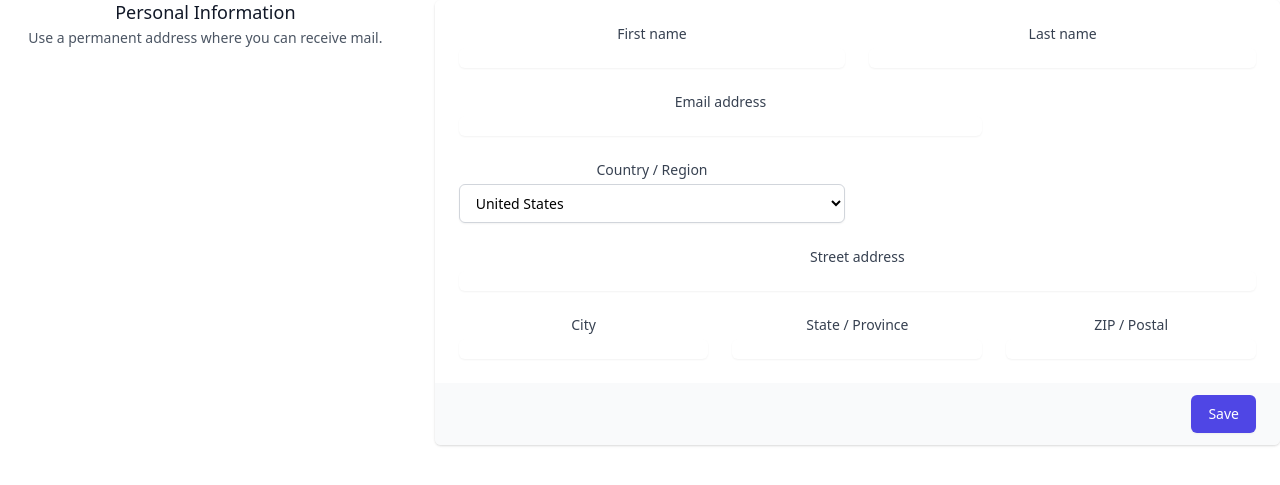
Repository: maikeru-desu/parking-lot
Page: /add (app in parking-lot-fe/)
The author's editor kept a copy of each file at every save. The page is drawn from the files as they stood at one save, then again after the next save.
The browser window is 1280 px wide. The pictures show the whole page.
The project was rebuilt for these pictures with package versions that can differ from the ones it lists, and the page was loaded fresh each time. Also part of the build but not shown: parking-lot-fe/craco.config.js, parking-lot-fe/src/redux/actions.js, parking-lot-fe/src/pages/Home.js.

Above is the page before, as saved 2021-10-14 02:56:09.

### parking-lot-fe/src/index.js
import React from 'react';
import ReactDOM from 'react-dom';
import './index.css';
import App from './App';
import {Provider} from "react-redux";
import {BrowserRouter} from "react-router-dom";
import reportWebVitals from './reportWebVitals';
import store from './redux/store';

ReactDOM.render(
    <React.StrictMode>
        <BrowserRouter>
            <Provider store={store}>
                <App />
            </Provider>
        </BrowserRouter>
    </React.StrictMode>,
    document.getElementById('root')
);

// If you want to start measuring performance in your app, pass a function
// to log results (for example: reportWebVitals(console.log))
// or send to an analytics endpoint. Learn more: https://bit.ly/CRA-vitals
reportWebVitals();

### parking-lot-fe/src/App.js
import logo from './logo.svg';
import './App.css';
import {Switch, Route} from "react-router-dom";
import Home from './pages/Home';
import Add from './pages/Add';

function App() {
  return (
    <div className="App">
        <Switch>
            <Route exact path="/" component={Home} />
            <Route exact path="/add" component={Add} />
        </Switch>
    </div>
  );
}

export default App;

### parking-lot-fe/src/redux/store.js
import {createStore, applyMiddleware} from "redux";
import logger from "redux-logger";
import reduxThunk from "redux-thunk";
import rootReducer from "./root-reducer";

const middlewares = [reduxThunk];

if (process.env.NODE_ENV === "development") {
    middlewares.push(logger)
}

const store = createStore(rootReducer, applyMiddleware(...middlewares));

export default store;

### parking-lot-fe/src/pages/Add.js
import React from 'react'

const Add = () => {
    return (
        <div>
            <div className="mt-10 sm:mt-0">
                <div className="md:grid md:grid-cols-3 md:gap-6">
                    <div className="md:col-span-1">
                        <div className="px-4 sm:px-0">
                            <h3 className="text-lg font-medium leading-6 text-gray-900">Personal Information</h3>
                            <p className="mt-1 text-sm text-gray-600">Use a permanent address where you can receive mail.</p>
                        </div>
                    </div>
                    <div className="mt-5 md:mt-0 md:col-span-2">
                        <form action="#" method="POST">
                            <div className="shadow overflow-hidden sm:rounded-md">
                                <div className="px-4 py-5 bg-white sm:p-6">
                                    <div className="grid grid-cols-6 gap-6">
                                        <div className="col-span-6 sm:col-span-3">
                                            <label htmlFor="first-name" className="block text-sm font-medium text-gray-700">
                                                First name
                                            </label>
                                            <input
                                                type="text"
                                                name="first-name"
                                                id="first-name"
                                                autoComplete="given-name"
                                                className="mt-1 focus:ring-indigo-500 focus:border-indigo-500 block w-full shadow-sm sm:text-sm border-gray-300 rounded-md"
                                            />
                                        </div>

                                        <div className="col-span-6 sm:col-span-3">
                                            <label htmlFor="last-name" className="block text-sm font-medium text-gray-700">
                                                Last name
                                            </label>
                                            <input
                                                type="text"
                                                name="last-name"
                                                id="last-name"
                                                autoComplete="family-name"
                                                className="mt-1 focus:ring-indigo-500 focus:border-indigo-500 block w-full shadow-sm sm:text-sm border-gray-300 rounded-md"
                                            />
                                        </div>

                                        <div className="col-span-6 sm:col-span-4">
                                            <label htmlFor="email-address" className="block text-sm font-medium text-gray-700">
                                                Email address
                                            </label>
                                            <input
                                                type="text"
                                                name="email-address"
                                                id="email-address"
                                                autoComplete="email"
                                                className="mt-1 focus:ring-indigo-500 focus:border-indigo-500 block w-full shadow-sm sm:text-sm border-gray-300 rounded-md"
                                            />
                                        </div>

                                        <div className="col-span-6 sm:col-span-3">
                                            <label htmlFor="country" className="block text-sm font-medium text-gray-700">
                                                Country / Region
                                            </label>
                                            <select
                                                id="country"
                                                name="country"
                                                autoComplete="country"
                                                className="mt-1 block w-full py-2 px-3 border border-gray-300 bg-white rounded-md shadow-sm focus:outline-none focus:ring-indigo-500 focus:border-indigo-500 sm:text-sm"
                                            >
                                                <option>United States</option>
                                                <option>Canada</option>
                                                <option>Mexico</option>
                                            </select>
                                        </div>

                                        <div className="col-span-6">
                                            <label htmlFor="street-address" className="block text-sm font-medium text-gray-700">
                                                Street address
                                            </label>
                                            <input
                                                type="text"
                                                name="street-address"
                                                id="street-address"
                                                autoComplete="street-address"
                                                className="mt-1 focus:ring-indigo-500 focus:border-indigo-500 block w-full shadow-sm sm:text-sm border-gray-300 rounded-md"
                                            />
                                        </div>

                                        <div className="col-span-6 sm:col-span-6 lg:col-span-2">
                                            <label htmlFor="city" className="block text-sm font-medium text-gray-700">
                                                City
                                            </label>
                                            <input
                                                type="text"
                                                name="city"
                                                id="city"
                                                className="mt-1 focus:ring-indigo-500 focus:border-indigo-500 block w-full shadow-sm sm:text-sm border-gray-300 rounded-md"
                                            />
                                        </div>

                                        <div className="col-span-6 sm:col-span-3 lg:col-span-2">
                                            <label htmlFor="state" className="block text-sm font-medium text-gray-700">
                                                State / Province
                                            </label>
                                            <input
                                                type="text"
                                                name="state"
                                                id="state"
                                                className="mt-1 focus:ring-indigo-500 focus:border-indigo-500 block w-full shadow-sm sm:text-sm border-gray-300 rounded-md"
                                            />
                                        </div>

                                        <div className="col-span-6 sm:col-span-3 lg:col-span-2">
                                            <label htmlFor="postal-code" className="block text-sm font-medium text-gray-700">
                                                ZIP / Postal
                                            </label>
                                            <input
                                                type="text"
                                                name="postal-code"
                                                id="postal-code"
                                                autoComplete="postal-code"
                                                className="mt-1 focus:ring-indigo-500 focus:border-indigo-500 block w-full shadow-sm sm:text-sm border-gray-300 rounded-md"
                                            />
                                        </div>
                                    </div>
                                </div>
                                <div className="px-4 py-3 bg-gray-50 text-right sm:px-6">
                                    <button
                                        type="submit"
                                        className="inline-flex justify-center py-2 px-4 border border-transparent shadow-sm text-sm font-medium rounded-md text-white bg-indigo-600 hover:bg-indigo-700 focus:outline-none focus:ring-2 focus:ring-offset-2 focus:ring-indigo-500"
                                    >
                                        Save
                                    </button>
                                </div>
                            </div>
                        </form>
                    </div>
                </div>
            </div>
        </div>
    )
}

export default Add

### parking-lot-fe/src/redux/root-reducer.js
import {combineReducers} from "redux";
import eventsReducers from "./reducer";

const rootReducer = combineReducers({
    events: eventsReducers
});

export default rootReducer;

### parking-lot-fe/src/redux/reducer.js
import * as types from "./actionType";

const initialState = {
    events: [],
    event: {},
    loading: true
}

const eventsReducers = (state = initialState, action) => {
    switch (action.type) {
        case types.GET_EVENTS:
            return {
                ...state,
                events: action.payload,
                loading: false,
            };
        case types.DELETE_EVENT:
            return {
                ...state,
                loading: false,
            }
        default:
            return state;
    }
}

export default eventsReducers;

### parking-lot-fe/src/redux/actionType.js
export const GET_EVENTS = "GET_EVENTS";
export const DELETE_EVENT = "DELETE_EVENT";

Loaded but not shown: parking-lot-fe/src/index.css (common file); parking-lot-fe/src/reportWebVitals.js (common file); parking-lot-fe/src/App.css (common file); parking-lot-fe/tailwind.config.js (common file)

After the next save:
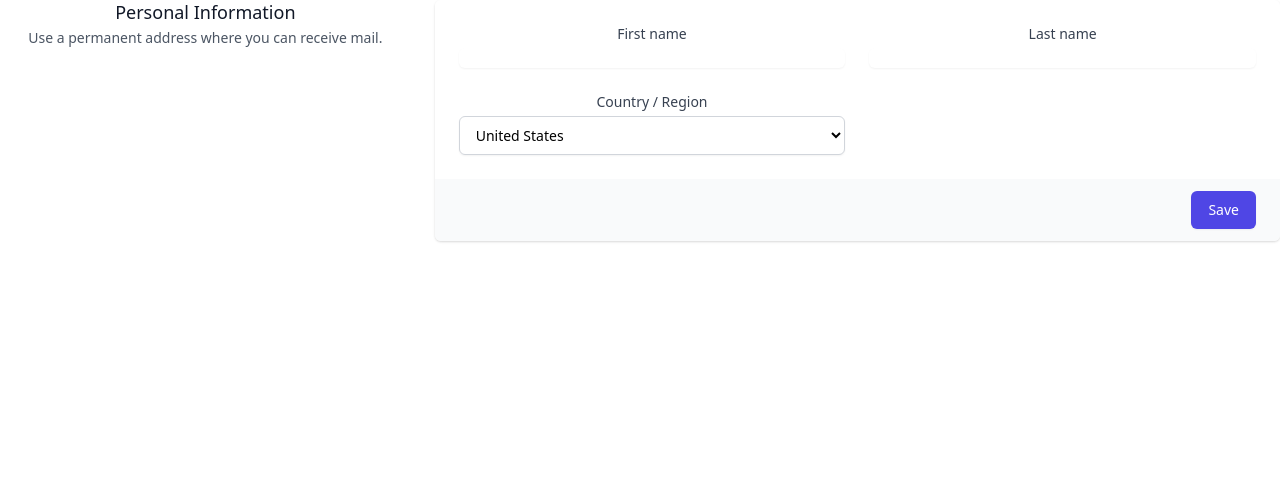
Saved 7 min 30 s later.
--- a/parking-lot-fe/src/pages/Add.js
+++ b/parking-lot-fe/src/pages/Add.js
@@ -28,7 +28,6 @@ const Add = () => {
                                                 className="mt-1 focus:ring-indigo-500 focus:border-indigo-500 block w-full shadow-sm sm:text-sm border-gray-300 rounded-md"
                                             />
                                         </div>
-
                                         <div className="col-span-6 sm:col-span-3">
                                             <label htmlFor="last-name" className="block text-sm font-medium text-gray-700">
                                                 Last name
@@ -41,20 +40,6 @@ const Add = () => {
                                                 className="mt-1 focus:ring-indigo-500 focus:border-indigo-500 block w-full shadow-sm sm:text-sm border-gray-300 rounded-md"
                                             />
                                         </div>
-
-                                        <div className="col-span-6 sm:col-span-4">
-                                            <label htmlFor="email-address" className="block text-sm font-medium text-gray-700">
-                                                Email address
-                                            </label>
-                                            <input
-                                                type="text"
-                                                name="email-address"
-                                                id="email-address"
-                                                autoComplete="email"
-                                                className="mt-1 focus:ring-indigo-500 focus:border-indigo-500 block w-full shadow-sm sm:text-sm border-gray-300 rounded-md"
-                                            />
-                                        </div>
-
                                         <div className="col-span-6 sm:col-span-3">
                                             <label htmlFor="country" className="block text-sm font-medium text-gray-700">
                                                 Country / Region
@@ -69,56 +54,6 @@ const Add = () => {
                                                 <option>Canada</option>
                                                 <option>Mexico</option>
                                             </select>
-                                        </div>
-
-                                        <div className="col-span-6">
-                                            <label htmlFor="street-address" className="block text-sm font-medium text-gray-700">
-                                                Street address
-                                            </label>
-                                            <input
-                                                type="text"
-                                                name="street-address"
-                                                id="street-address"
-                                                autoComplete="street-address"
-                                                className="mt-1 focus:ring-indigo-500 focus:border-indigo-500 block w-full shadow-sm sm:text-sm border-gray-300 rounded-md"
-                                            />
-                                        </div>
-
-                                        <div className="col-span-6 sm:col-span-6 lg:col-span-2">
-                                            <label htmlFor="city" className="block text-sm font-medium text-gray-700">
-                                                City
-                                            </label>
-                                            <input
-                                                type="text"
-                                                name="city"
-                                                id="city"
-                                                className="mt-1 focus:ring-indigo-500 focus:border-indigo-500 block w-full shadow-sm sm:text-sm border-gray-300 rounded-md"
-                                            />
-                                        </div>
-
-                                        <div className="col-span-6 sm:col-span-3 lg:col-span-2">
-                                            <label htmlFor="state" className="block text-sm font-medium text-gray-700">
-                                                State / Province
-                                            </label>
-                                            <input
-                                                type="text"
-                                                name="state"
-                                                id="state"
-                                                className="mt-1 focus:ring-indigo-500 focus:border-indigo-500 block w-full shadow-sm sm:text-sm border-gray-300 rounded-md"
-                                            />
-                                        </div>
-
-                                        <div className="col-span-6 sm:col-span-3 lg:col-span-2">
-                                            <label htmlFor="postal-code" className="block text-sm font-medium text-gray-700">
-                                                ZIP / Postal
-                                            </label>
-                                            <input
-                                                type="text"
-                                                name="postal-code"
-                                                id="postal-code"
-                                                autoComplete="postal-code"
-                                                className="mt-1 focus:ring-indigo-500 focus:border-indigo-500 block w-full shadow-sm sm:text-sm border-gray-300 rounded-md"
-                                            />
                                         </div>
                                     </div>
                                 </div>
